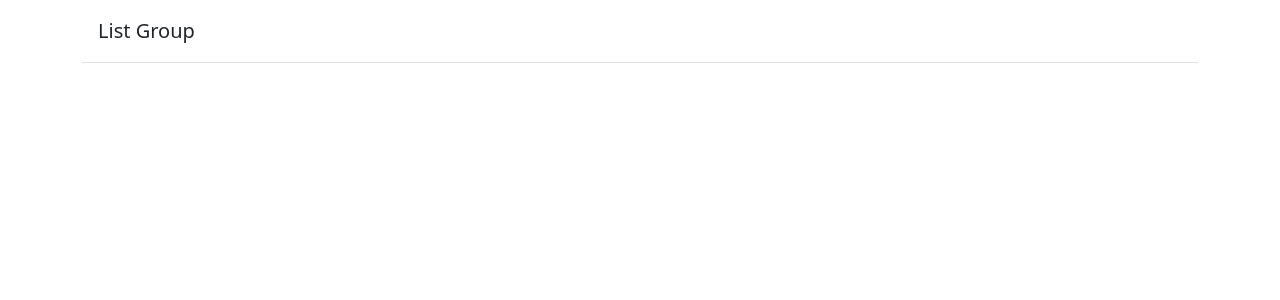
Repository: CSCI201-G32/StudyGroups
Page: / (app in react-chat/)
An editor plug-in stored every save of this project. The page is shown before and after the next save, followed by the edit.
The browser window is 1280 px wide. The pictures show the whole page.
The project was rebuilt for these pictures with package versions that can differ from the ones it lists, and the page was loaded fresh each time. Also part of the build but not shown: react-chat/src/index.css.

Above is the page before, as saved 2023-11-16 07:43:48.

### react-chat/src/App.js
function App() {
  return (
    <div className="container">
      <div className="d-flex flex-column align-items-stretch flex-shrink-0 bg-white">
        <a href="/"
        className="d-flex align-items-center flex-shrink-0 p-3 link-dark text-decoration-none border-bottom">
          <span className="fs-5 fw-semibold">List Group</span>
        </a>
      </div>
    </div>
  );
}

export default App;

Loaded but not shown: react-chat/public/index.html (common file); react-chat/src/index.js (common file); react-chat/src/reportWebVitals.js (common file)

After the next save:
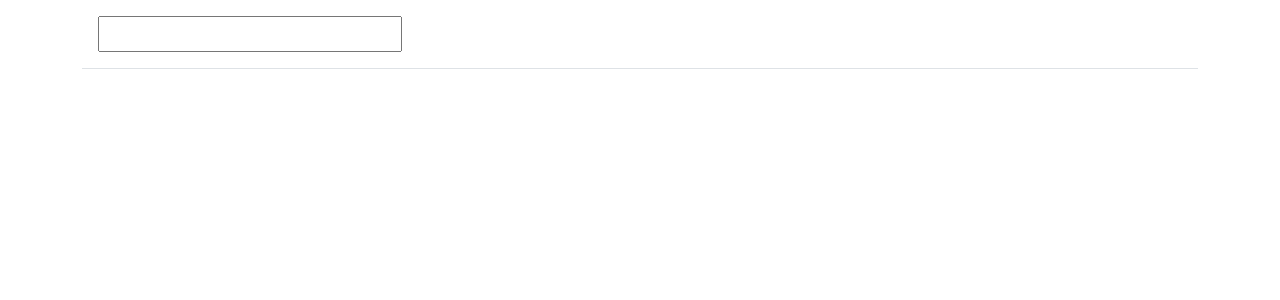
Saved 49 s later.
--- a/react-chat/src/App.js
+++ b/react-chat/src/App.js
@@ -4,7 +4,7 @@ function App() {
       <div className="d-flex flex-column align-items-stretch flex-shrink-0 bg-white">
         <a href="/"
         className="d-flex align-items-center flex-shrink-0 p-3 link-dark text-decoration-none border-bottom">
-          <span className="fs-5 fw-semibold">List Group</span>
+          <input className="fs-5 fw-semibold"/>
         </a>
       </div>
     </div>
